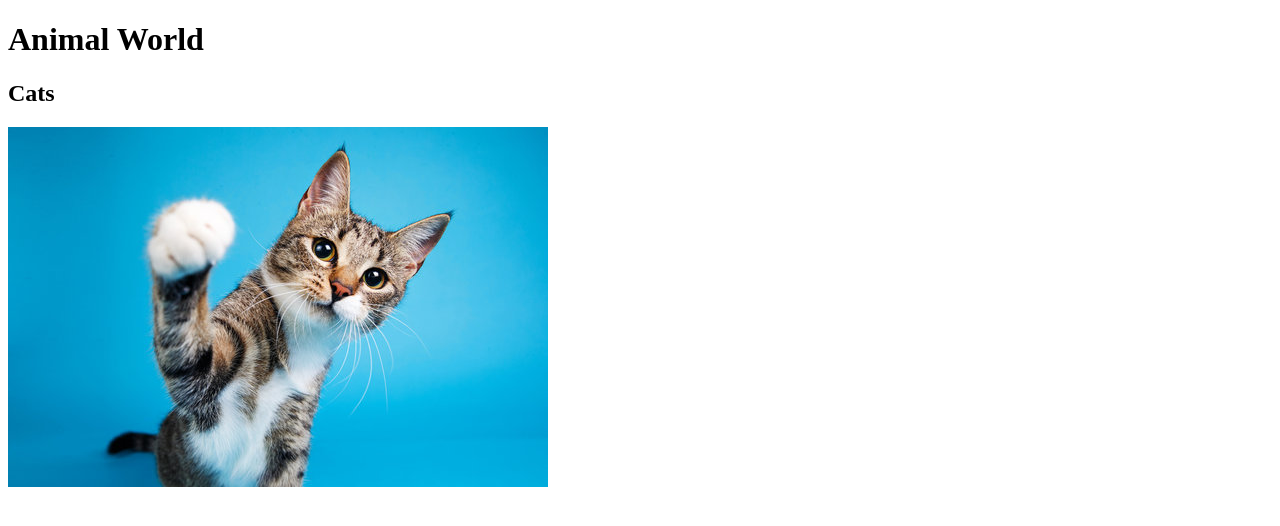
Repository: DhananjayaLakshan/Uom-Web_Design_For_Beginners
Page: Ajax/index.html
The author's editor kept a copy of each file at every save. The page is drawn from the files as they stood at one save, then again after the next save.
The browser window is 1280 px wide. The pictures show the whole page.

Above is the page before, as saved 2023-12-02 22:42:44.

After the next save:
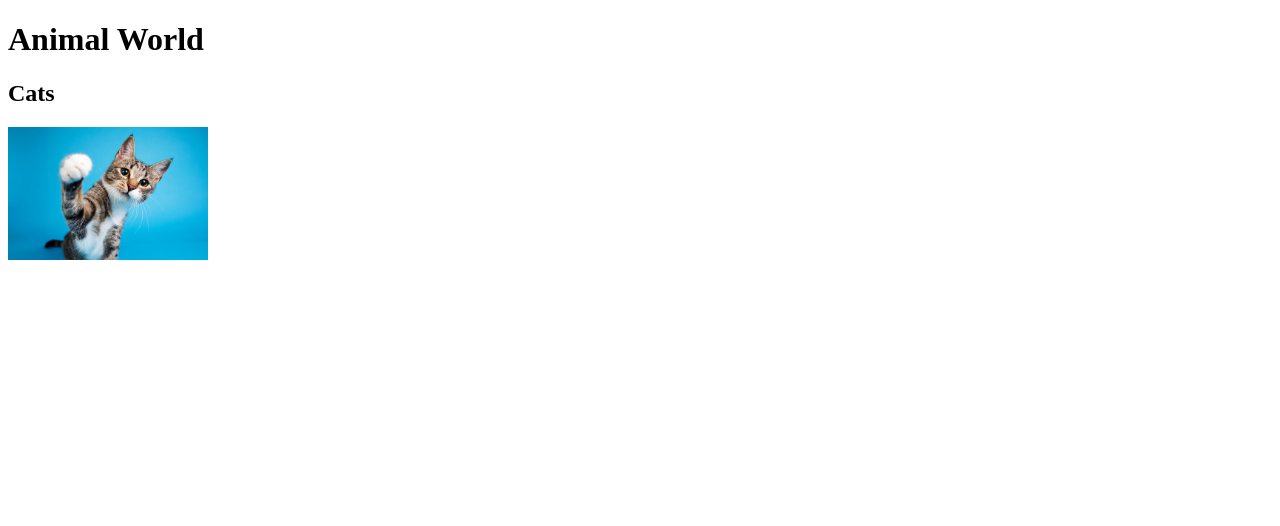
Saved 28 s later.
--- a/Ajax/index.html
+++ b/Ajax/index.html
@@ -9,7 +9,7 @@
 
     <h1>Animal World</h1>
     <p><h2>Cats</h2></p>
-    <img src="cat.jpg" alt="cat">
+    <img src="cat.jpg" alt="cat" style="width: 200px;">
 
 
 </body>
